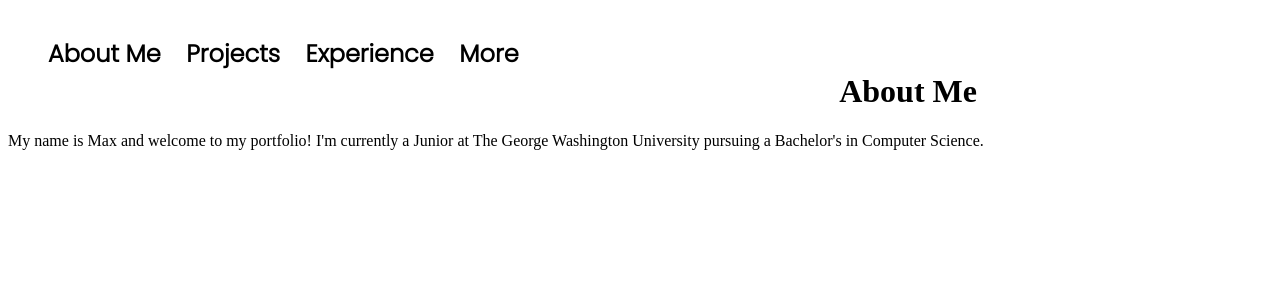
Repository: notMaximilian/maximilianaquino.github.io
Page: about.html
An editor plug-in stored every save of this project. The page is shown before and after the next save, followed by the edit.
The browser window is 1280 px wide. The pictures show the whole page.

Above is the page before, as saved 2022-02-10 09:42:37.

### about.html
<!DOCTYPE html>
<html lang="en">

<head>
  <meta charset="UTF-8">
  <meta name="viewport" content="width=device-width, initial-scale=1, user-scaleable=no">
  <title>Max Aquino</title>
  <link rel="preconnect" href="https://fonts.googleapis.com">
  <link rel="preconnect" href="https://fonts.gstatic.com" crossorigin>
  <link href="https://fonts.googleapis.com/css2?family=Poppins:wght@300&display=swap" rel="stylesheet">
  <link rel="stylesheet" href="css/subpage.css">
</head>

<body>




  </div>
<!-- asdsa -->



      <div class="mainNav">
        <ul class = "navmenu">
          <li class = "navmenuItems"><h2 id="about">About Me</h2></li>
          <li class = "navmenuItems"><h2 id="projects">Projects</h2></li>
          <li class = "navmenuItems"><h2 id="experience">Experience</h2></li>
          <li class = "navmenuItems"><h2 id="more">More</h2></li>
        </ul>

      <br>
      <br>
      <h1>About Me</h1>
      <p>My name is Max and welcome to my portfolio! I'm currently a Junior at
        The George Washington University pursuing a Bachelor's in Computer Science.

      </p>



  <!-- Maximilian Fade in and out -->

  <!-- <script src="js/game.js"></script> -->
</body>

</html>

### css/subpage.css
.corners{
    position: absolute;
    width: 16vw;
}

#cornerL{
    transform: translate(-35vw, 23vh);
}
#cornerR{
    transform: translate(35vw, 23vh);
}

#github{
    position: absolute;
    width: 7vw;
    transform: translate(32vw, 28vh);
}
#twitter{
    position: absolute;
    width: 7vw;
    transform: translate(-32vw, 30vh);
}

ul{
    list-style-type: none;
}
li{
    float: left;
    font-family: "Poppins", sans-serif;
    margin-right: 2vw;
}

h1{
    text-align: center;
}

After the next save:
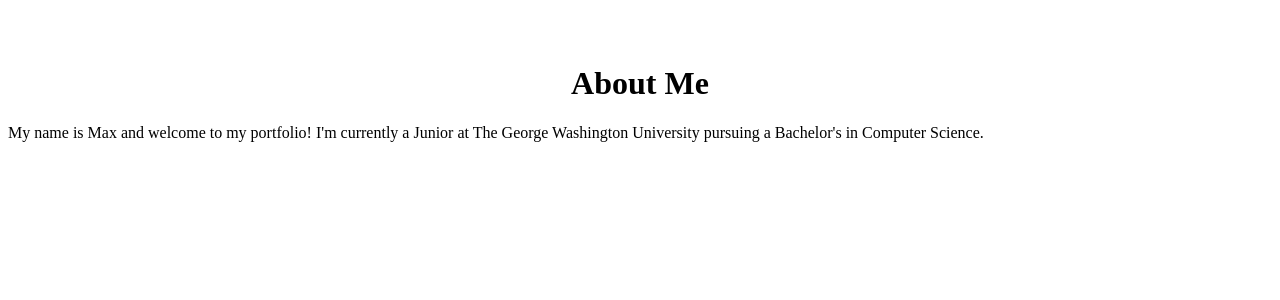
Saved 29 s later.
--- a/about.html
+++ b/about.html
@@ -18,7 +18,7 @@
 
   </div>
 <!-- asdsa -->
-
+<!--
 
 
       <div class="mainNav">
@@ -27,7 +27,7 @@
           <li class = "navmenuItems"><h2 id="projects">Projects</h2></li>
           <li class = "navmenuItems"><h2 id="experience">Experience</h2></li>
           <li class = "navmenuItems"><h2 id="more">More</h2></li>
-        </ul>
+        </ul> -->
 
       <br>
       <br>
